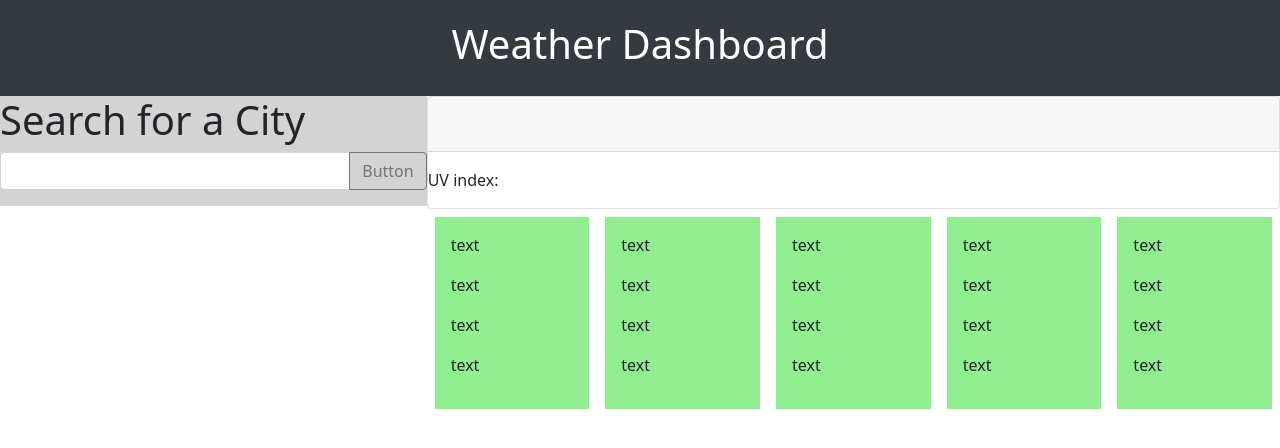
Repository: ziffoit/Weather_Dashboard
Page: index.html
These files come from the project's save history. The page is drawn as it stood at one moment and after the next save; the edit follows.
The browser window is 1280 px wide. The pictures show the whole page.

Above is the page before, as saved 2021-03-26 21:02:21.
Console error: SyntaxError: Unexpected identifier 'name'

After the next save:
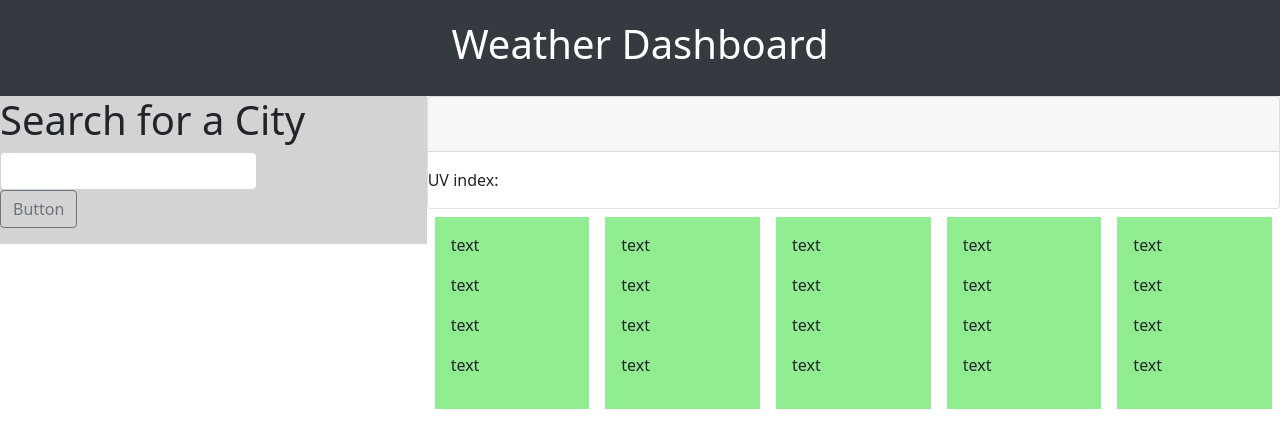
Saved 3 min 24 s later.
--- a/index.html
+++ b/index.html
@@ -19,10 +19,12 @@
     <aside class="col-md-4">
       <h1>Search for a City</h1>
       <div class="input-group mb-3">
-        <input type="text" class="form-control" id="cityName" />
-        <button class="btn btn-outline-secondary" type="button" id="search">
-          Button
-        </button>
+        <form>
+          <input type="text" class="form-control" id="cityName" />
+          <button class="btn btn-outline-secondary" type="button" id="search">
+            Button
+          </button>
+        </form>
       </div>
       <div></div>
     </aside>
